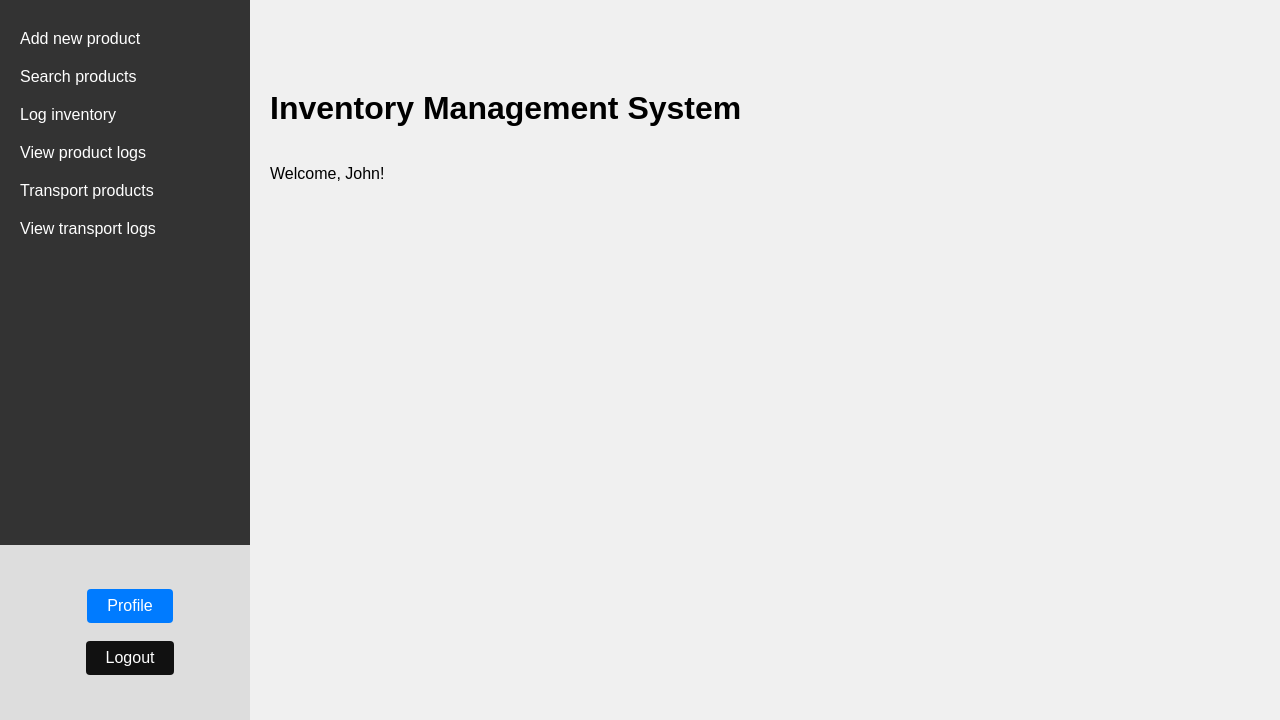
Repository: Warspinix/Flask-Web-Applications
Page: http://localhost/dashboard
The author's editor kept a copy of each file at every save. The page is drawn from the files as they stood at one save, then again after the next save.
The browser window is 1280 px wide. The pictures show the whole page.
The pointer rests on the first visible `.profile-logout a.btn-danger`.
The page is served by the project's application, run on Flask 3 (app.py). The session is filled in as if someone had signed in: {"user_id": 1, "first_name": "John"}.

Above is the page before, as saved 2024-06-13 22:38:23.

After the next save:
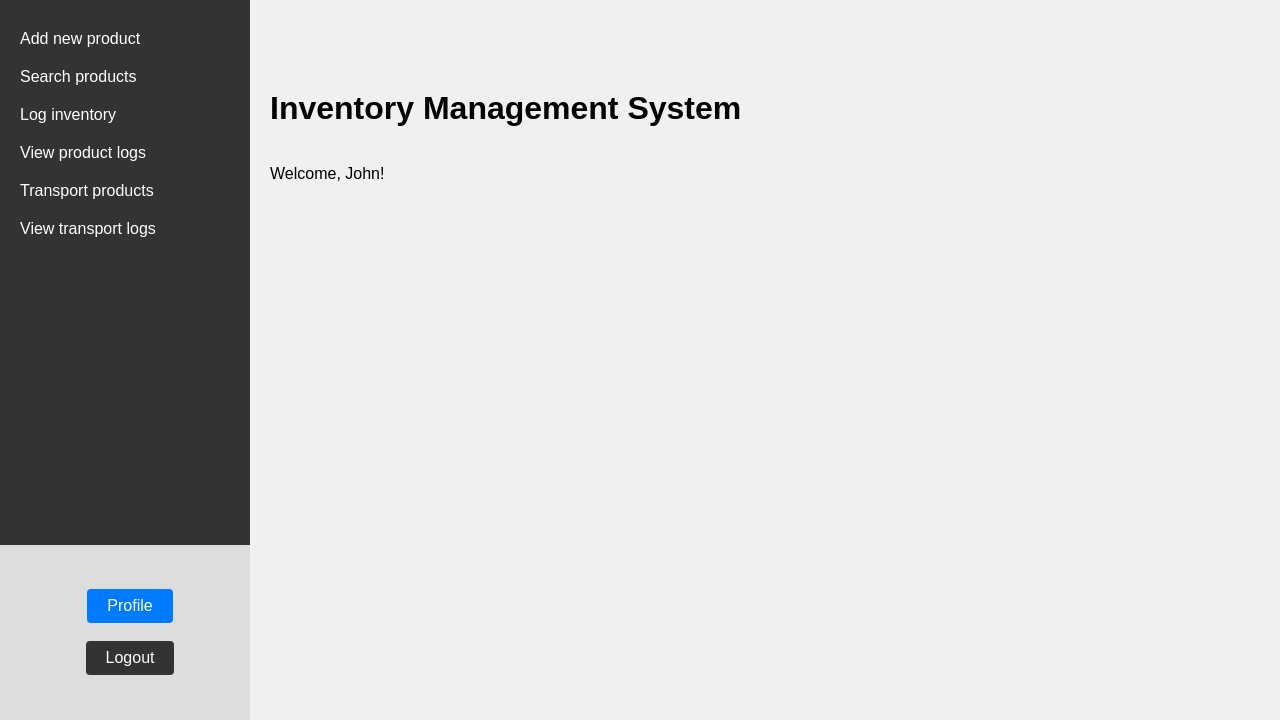
Saved 12 s later.
--- a/static/style.css
+++ b/static/style.css
@@ -119,7 +119,7 @@ h1 {
 }
 
 .profile-logout a.btn-danger:hover {
-    background-color: #111;
+    background-color: #333;
 }
 
 
